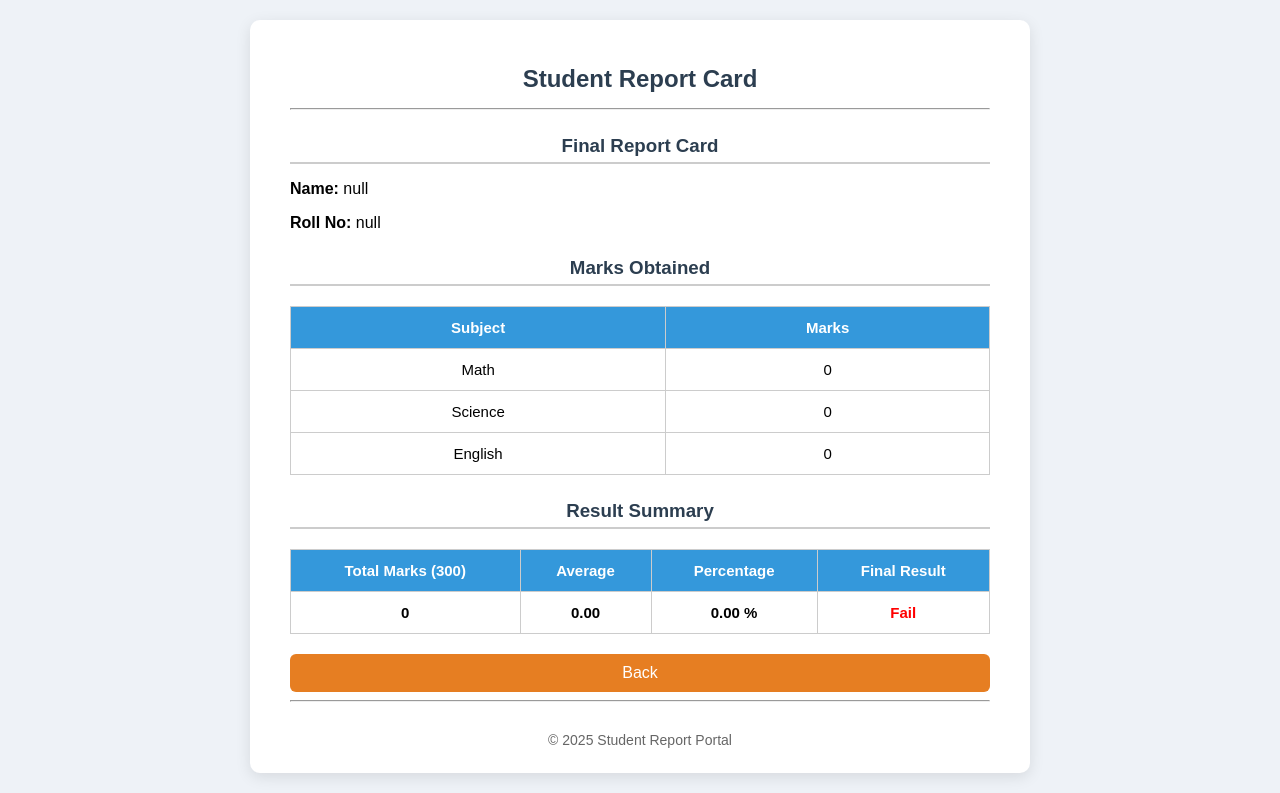
Repository: ashwinii19/Core-Java-Learning
Page: http://localhost/24-JSP/profile.jsp
The author's editor kept a copy of each file at every save. The page is drawn from the files as they stood at one save, then again after the next save.
The browser window is 1280 px wide. The pictures show the whole page.
The page is served by Tomcat 9.

Above is the page before, as saved 2025-08-20 03:42:46.

After the next save:
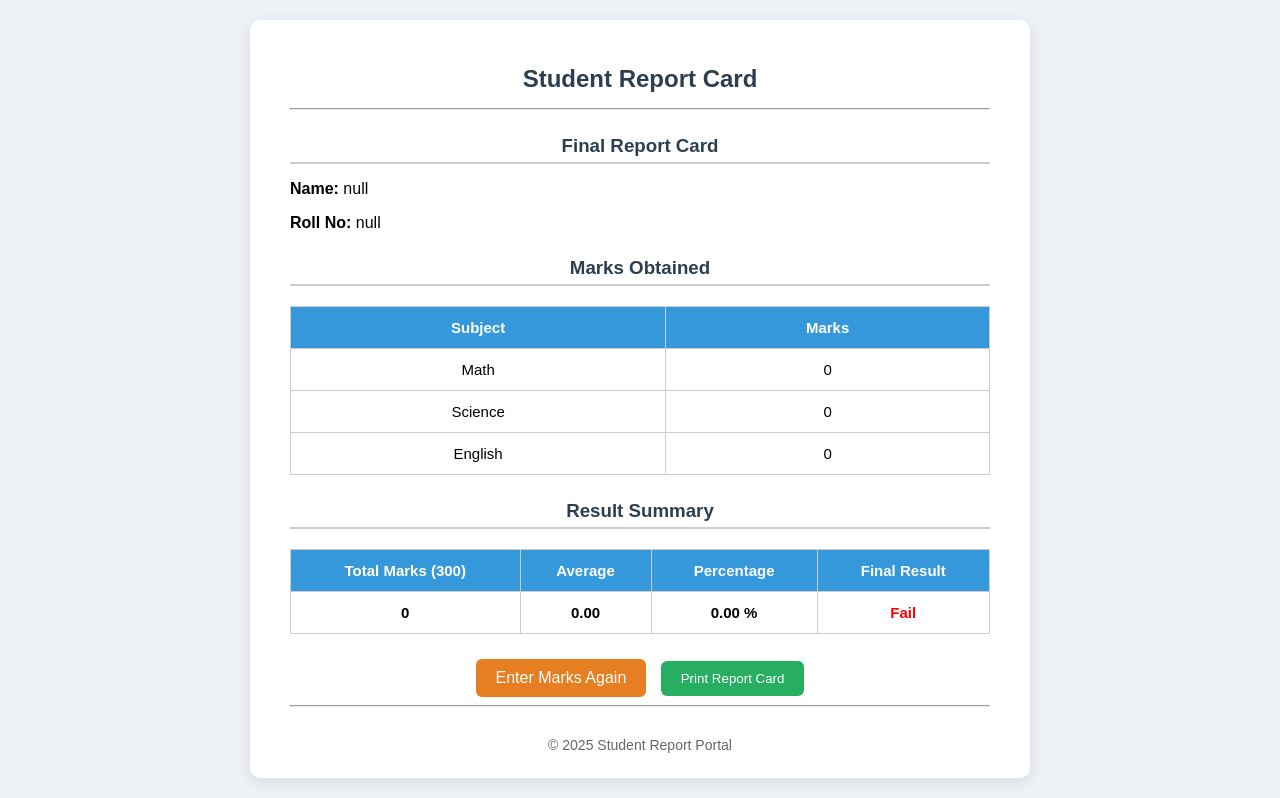
Saved 10 s later.
--- a/24-JSP/src/main/webapp/result.jsp
+++ b/24-JSP/src/main/webapp/result.jsp
@@ -41,6 +41,7 @@
     <p><strong>Name:</strong> <%= name %></p>
     <p><strong>Roll No:</strong> <%= rollNo %></p>
 
+    <!-- Marks Table -->
     <h3>Marks Obtained</h3>
     <table>
         <tr>
@@ -52,6 +53,7 @@
         <tr><td>English</td><td><%= english %></td></tr>
     </table>
 
+    <!-- Result Summary Table -->
     <h3>Result Summary</h3>
     <table class="result-table">
         <tr>
@@ -70,11 +72,19 @@
         </tr>
     </table>
 
-    <div style="text-align:center; margin-top:20px;">
-        <form action="index.jsp" method="get">
-            <input type="submit" value="Back"
+    <!-- Buttons -->
+    <div style="text-align:center; margin-top:25px;">
+        <!-- Back Button -->
+        <form action="index.jsp" method="get" style="display:inline;">
+            <input type="submit" value="Enter Marks Again"
                    style="background:#e67e22; color:white; border:none; padding:10px 20px; border-radius:6px; cursor:pointer;">
         </form>
+
+        <!-- Print Button -->
+        <button onclick="window.print()"
+                style="background:#27ae60; color:white; border:none; padding:10px 20px; border-radius:6px; cursor:pointer; margin-left:10px;">
+            Print Report Card
+        </button>
     </div>
 
     <jsp:include page="footer.jsp"/>
